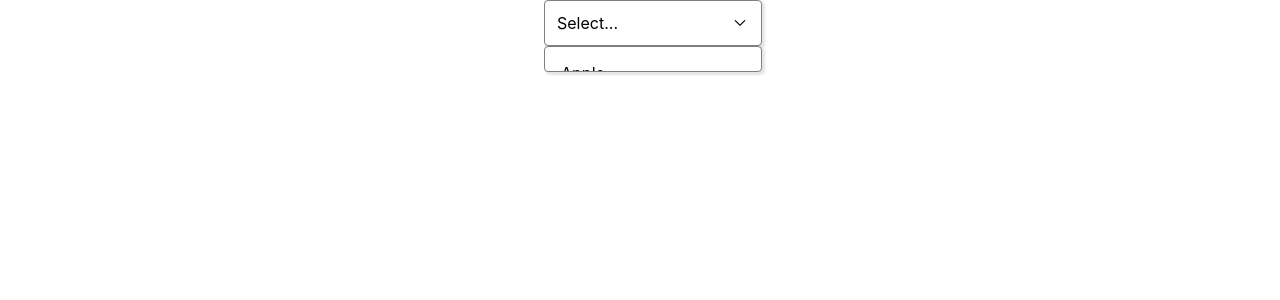
Repository: Jimmy-Lu-iK/Demo-UI
Page: /
An editor plug-in stored every save of this project. The page is shown before and after the next save, followed by the edit.
The browser window is 1280 px wide. The pictures show the whole page.
The project was rebuilt for these pictures with package versions that can differ from the ones it lists, and the page was loaded fresh each time. Also part of the build but not shown: src/components/Calculator.css, src/components/Calculator.js.

Above is the page before, as saved 2023-03-16 22:58:19.

After the next save:
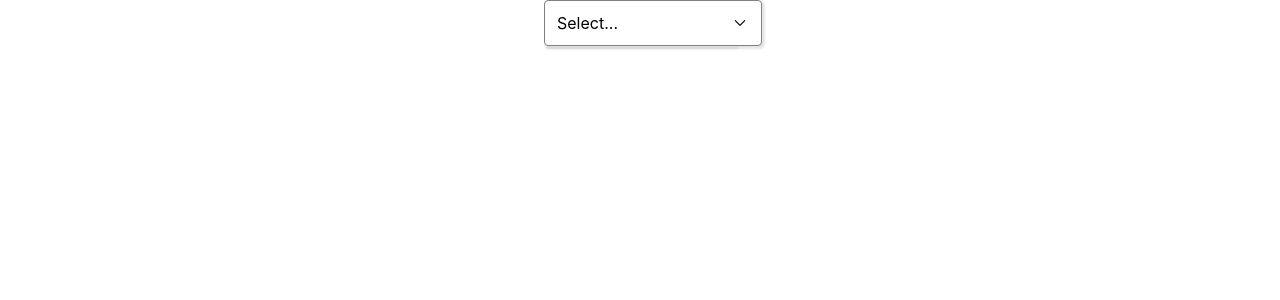
Saved 6 s later.
--- a/src/components/Dropdown.css
+++ b/src/components/Dropdown.css
@@ -69,6 +69,8 @@
 
 .hidden {
   max-height: 0px;
+  border: none;
+  padding: 0;
   transition: max-height .3s ease-out;
   transform-origin: 50% 0;
   animation: slide-up 0.3s ease-in;

After the 2 saves that followed:
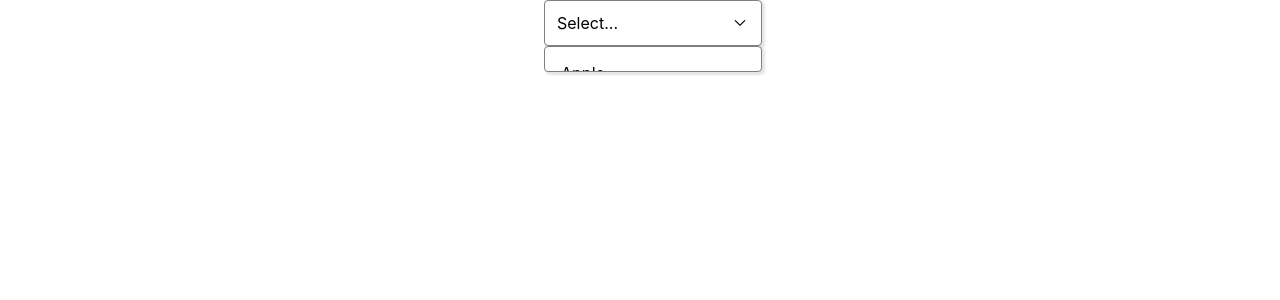
The 2 saves are shown as one change because 1 left the picture as it was.
The last was saved 114 s later.
--- a/src/components/Dropdown.js
+++ b/src/components/Dropdown.js
@@ -41,6 +41,15 @@ export default function Dropdown({ options }) {
     setIsOpen(false);
   }
 
+  const handleTransitionEnd = () => {
+    if (!isOpen) {
+      setTimeout(() => {
+        optionsPanelRef.current.style.border = 'none';
+        optionsPanelRef.current.style.padding = '0';
+      }, 300); // 300毫秒是动画时间，确保在动画结束后再执行此代码
+    }
+  }
+
   const renderedOptions = options
     .filter((option) => option !== selected)
     .map((option) => (
@@ -58,7 +67,7 @@ export default function Dropdown({ options }) {
             {selected || 'Select...'}
             <GoChevronDown className="chevron-down-icon"/>
         </div>
-        <div ref={optionsPanelRef} className={`options-panel panel${isOpen ? ' show' : ' hidden'}`}>
+        <div ref={optionsPanelRef} className={`options-panel panel${isOpen ? ' show' : ' hidden'}`} onTransitionEnd={handleTransitionEnd}>
           {renderedOptions}
         </div>
     </div>
--- a/src/components/Dropdown.css
+++ b/src/components/Dropdown.css
@@ -69,8 +69,6 @@
 
 .hidden {
   max-height: 0px;
-  border: none;
-  padding: 0;
   transition: max-height .3s ease-out;
   transform-origin: 50% 0;
   animation: slide-up 0.3s ease-in;
